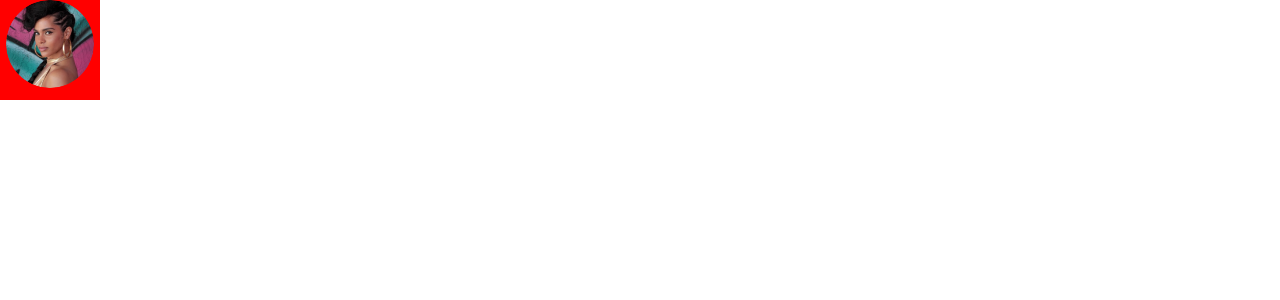
Repository: uh-sman/Zuri-task-one
Page: /
These files come from the project's save history. The page is drawn as it stood at one moment and after the next save; the edit follows.
The browser window is 1280 px wide. The pictures show the whole page.
The project was rebuilt for these pictures with package versions that can differ from the ones it lists, and the page was loaded fresh each time.

Above is the page before, as saved 2022-10-23 17:58:54.

After the next save:
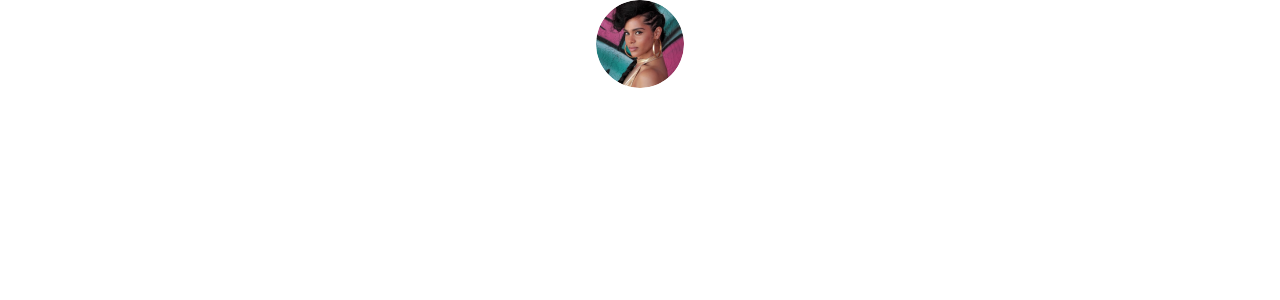
Saved 15 s later.
--- a/src/Components/dashboard.css
+++ b/src/Components/dashboard.css
@@ -1,8 +1,8 @@
-.dashboard {
+/* .dashboard {
   background-color: red;
   width: 100px;
   height: 100px;
-}
+} */
 .dashboard-container {
   display: flex;
   justify-content: center;
